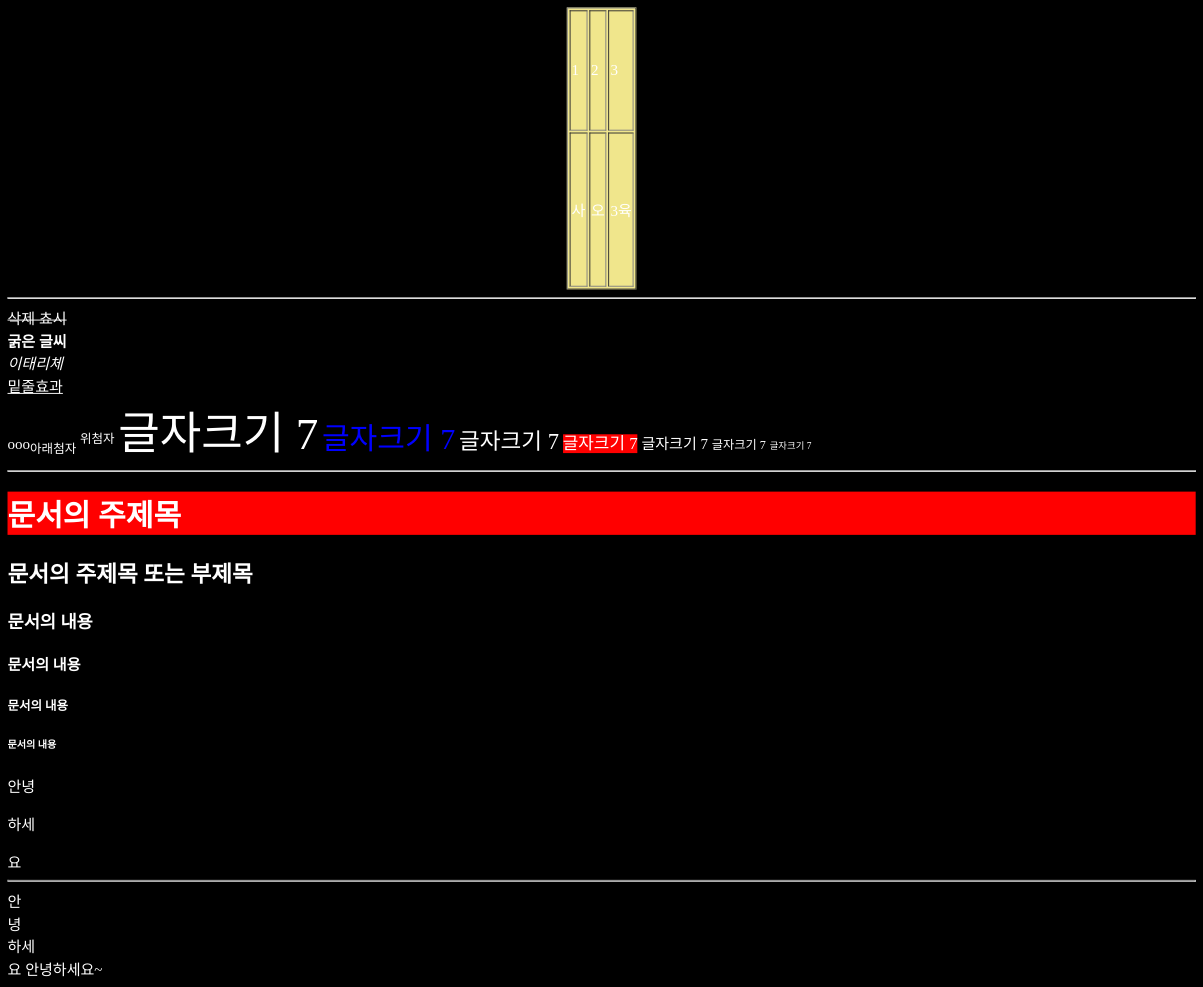
Repository: sjh86/html-day01
Page: html/day01.html
An editor plug-in stored every save of this project. The page is shown before and after the next save, followed by the edit.
The browser window is 1280 px wide. The pictures show the whole page, at 94% of full size.

Above is the page before, as saved 2021-10-04 05:23:07.

### html/day01.html
<!DOCTYPE html>
<html>
<head>
<meta charset="EUC-KR">
<title>Insert title here</title>
</head>
<body text="white" bgcolor="black">

<table border="1" align="center" height="300" bgcolor="khaki">
	<tr>
		<td>1</td><td>2</td><td>3</td>
	</tr>
	<tr>
		<td>사</td><td>오</td><td>3육</td>
	</tr>
</table>

<hr>





<strike>삭제 쵸시</strike> <br>
<b>굵은 글씨</b> <br>
<i>이태리체</i> <br>
<u>밑줄효과</u> <br>
ooo<sub>아래첨자</sub> <sup>위첨자</sup>


<font size = "7">글자크기 7</font>
<font size = "6" face="궁서체" color = "blue">글자크기 7</font>
<font size = "5">글자크기 7</font>
<font size = "4" style="background-color: red;">글자크기 7</font>
<font size = "3">글자크기 7</font>
<font size = "2">글자크기 7</font>
<font size = "1">글자크기 7</font>

<hr>

<h1 style="background-color: red;">문서의 주제목</h1>
<h2>문서의 주제목 또는 부제목</h2>
<h3>문서의 내용</h3>
<h4>문서의 내용</h4>
<h5>문서의 내용</h5>
<h6>문서의 내용</h6>
안녕
<p>하세</p>
요
<hr>
안<br>녕<br>
하세<br>
요
<!--

주석
 -->
	안녕하세요~
</body>
</html>

After the next save:
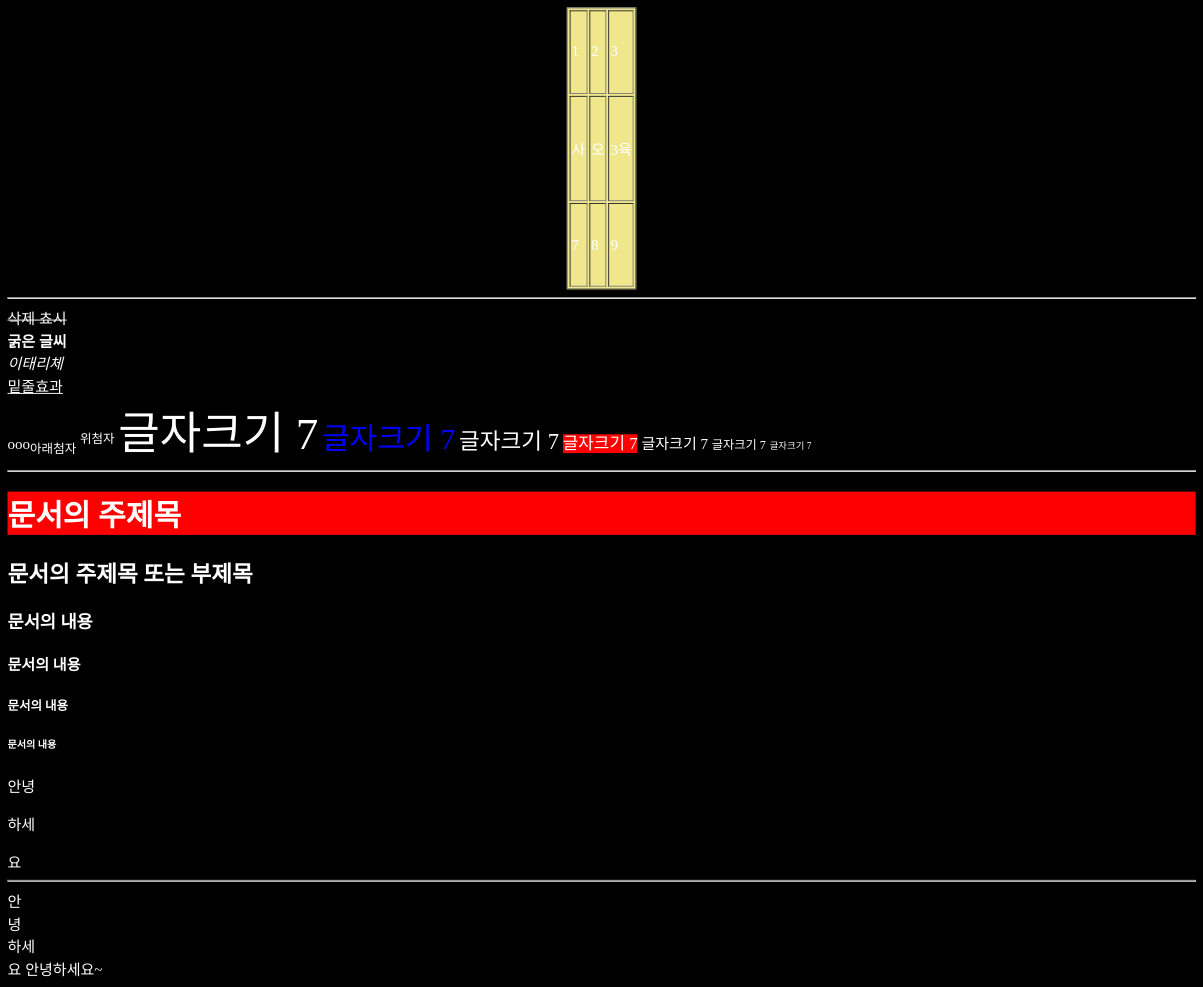
Saved 51 s later.
--- a/html/day01.html
+++ b/html/day01.html
@@ -6,12 +6,15 @@
 </head>
 <body text="white" bgcolor="black">
 
-<table border="1" align="center" height="300" bgcolor="khaki">
+<table border="1" align="center" height="300" wideth="300" bgcolor="khaki">
 	<tr>
 		<td>1</td><td>2</td><td>3</td>
 	</tr>
 	<tr>
 		<td>사</td><td>오</td><td>3육</td>
+	</tr>
+	<tr>
+		<td>7</td><td>8</td><td>9</td>
 	</tr>
 </table>
 
